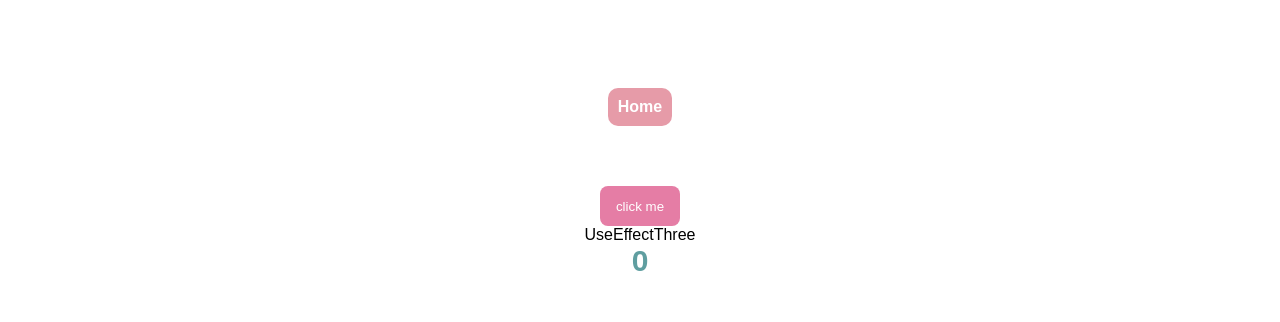
Repository: jjennbui/class8
Page: /useEffectThree
The author's editor kept a copy of each file at every save. The page is drawn from the files as they stood at one save, then again after the next save.
The browser window is 1280 px wide. The pictures show the whole page.
The project was rebuilt for these pictures with package versions that can differ from the ones it lists, and the page was loaded fresh each time. The framework's server and built-in components were replaced by stand-ins that run in the browser. Also part of the build but not shown: next.config.js.

Above is the page before, as saved 2023-02-20 18:14:29.

### pages/useEffectThree.js
import Link from "next/link"
import { use, useEffect, useState } from "react"
import styles from '@/styles/UseEffectThree.module.css'


export default function UseEffectThree(){
    const [number, setNumber] = useState (0);

    const [value, setValue] = useState (-10);

    useEffect(() => {
        setValue(value + 10)
    }, [number])

    return(
        <>
         <div className={styles.main}>
        <Link  className={styles.home} href="/">Home</Link>
        <div>
           <button className={styles.btn} onClick={() => setNumber(number + 1)}>click me</button>
        </div>
        <div>
            UseEffectThree
        </div>
        <div className={styles.number}>
        {value}
        </div>
        </div>
        </>
    )
}

### styles/globals.css
:root {

}

### styles/UseEffectThree.module.css
.main{
    font-family: Arial, Helvetica, sans-serif;
    display: flex;
    flex-direction: column;
    justify-content: space-between;
    align-items: center;
    padding: 5rem;
    min-height: 20vh;
    margpx;

  }

  .number{
      font-weight: bold;
      color: cadetblue;
      font-size: 30px;
  }

  .home{
      color: white;
      text-decoration: none;
      font-family: Arial, Helvetica, sans-serif;
      font-weight: bold;
      background-color: rgb(230, 155, 168);
      padding: 10px;
      border-radius: 10px;
      margin-bottom: 60px;
  }

  .btn{
      background-color: #e57da5;
      border-radius: 8px;
      border-style: none;
      color: #FFFFFF;
      height: 40px;
      padding: 10px 16px;
      text-align: center;
      text-decoration: none;
    }

Loaded but not shown: pages/_app.js (common file); pages/_document.js (common file)

After the next save:
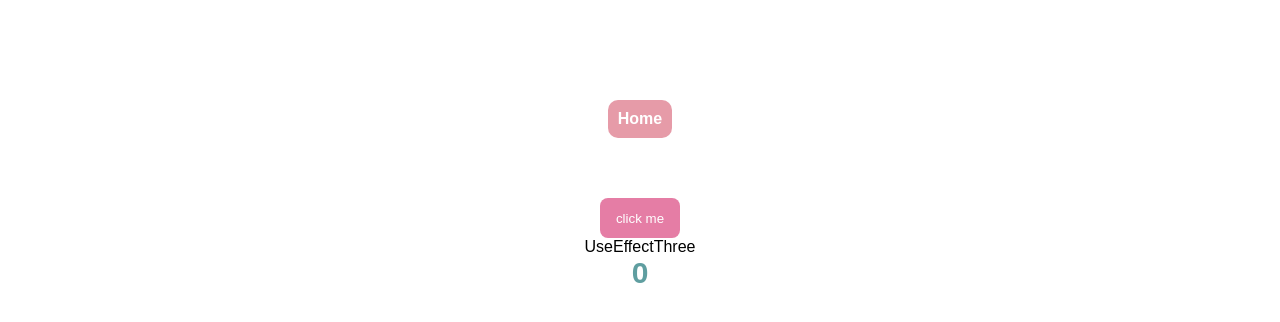
Saved 24 s later.
--- a/styles/UseEffectThree.module.css
+++ b/styles/UseEffectThree.module.css
@@ -6,7 +6,7 @@
     align-items: center;
     padding: 5rem;
     min-height: 20vh;
-    margpx;
+    margin: 20px;
 
   }
 
